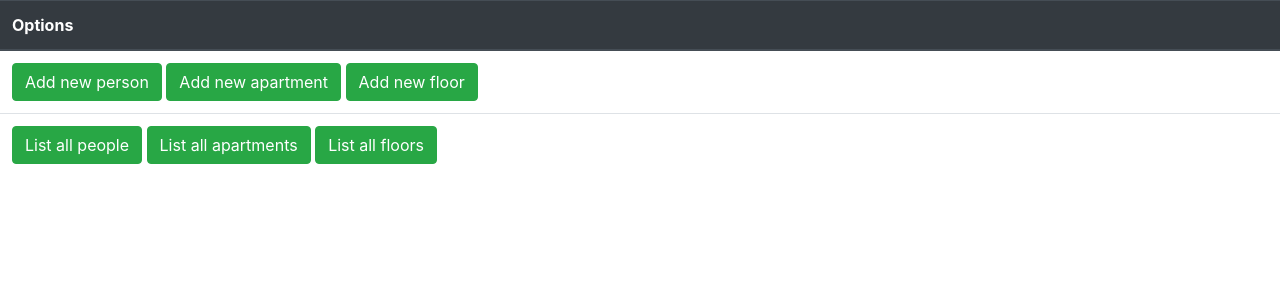
Repository: JMarJus/TalleresDUAL_2
Page: http://localhost/index
These files come from the project's save history. The page is drawn as it stood at one moment and after the next save; the edit follows.
The browser window is 1280 px wide. The pictures show the whole page.
The page is this project's Thymeleaf template; nobody is signed in. The template is opened directly, without the code that normally fills it, so the values that code supplies are empty.

Above is the page before, as saved 2023-12-26 00:19:06.
Console error: TypeError: Cannot read properties of undefined (reading 'fn')

After the next save:
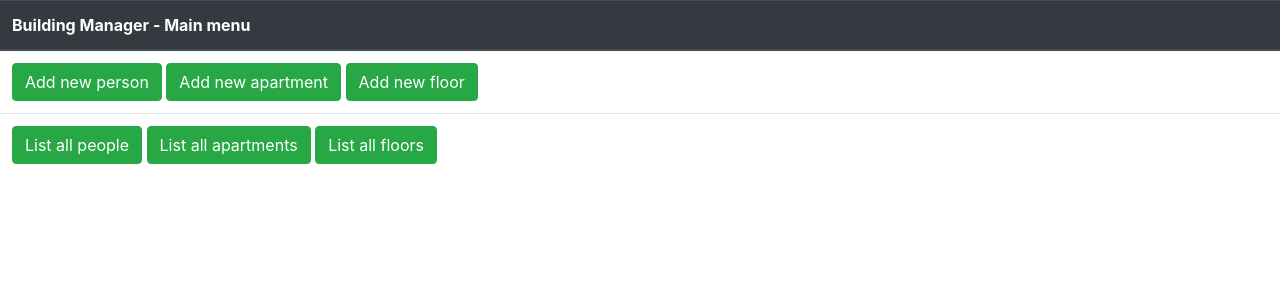
Saved 3 min 7 s later.
--- a/spring01/src/main/resources/templates/index.html
+++ b/spring01/src/main/resources/templates/index.html
@@ -12,7 +12,7 @@
 	<table class="table">
 		<thead class="thead-dark">
 			<tr>
-				<th scope="col">Options</th>
+				<th scope="col">Building Manager - Main menu</th>
 			</tr>
 		</thead>
 		<tbody>
